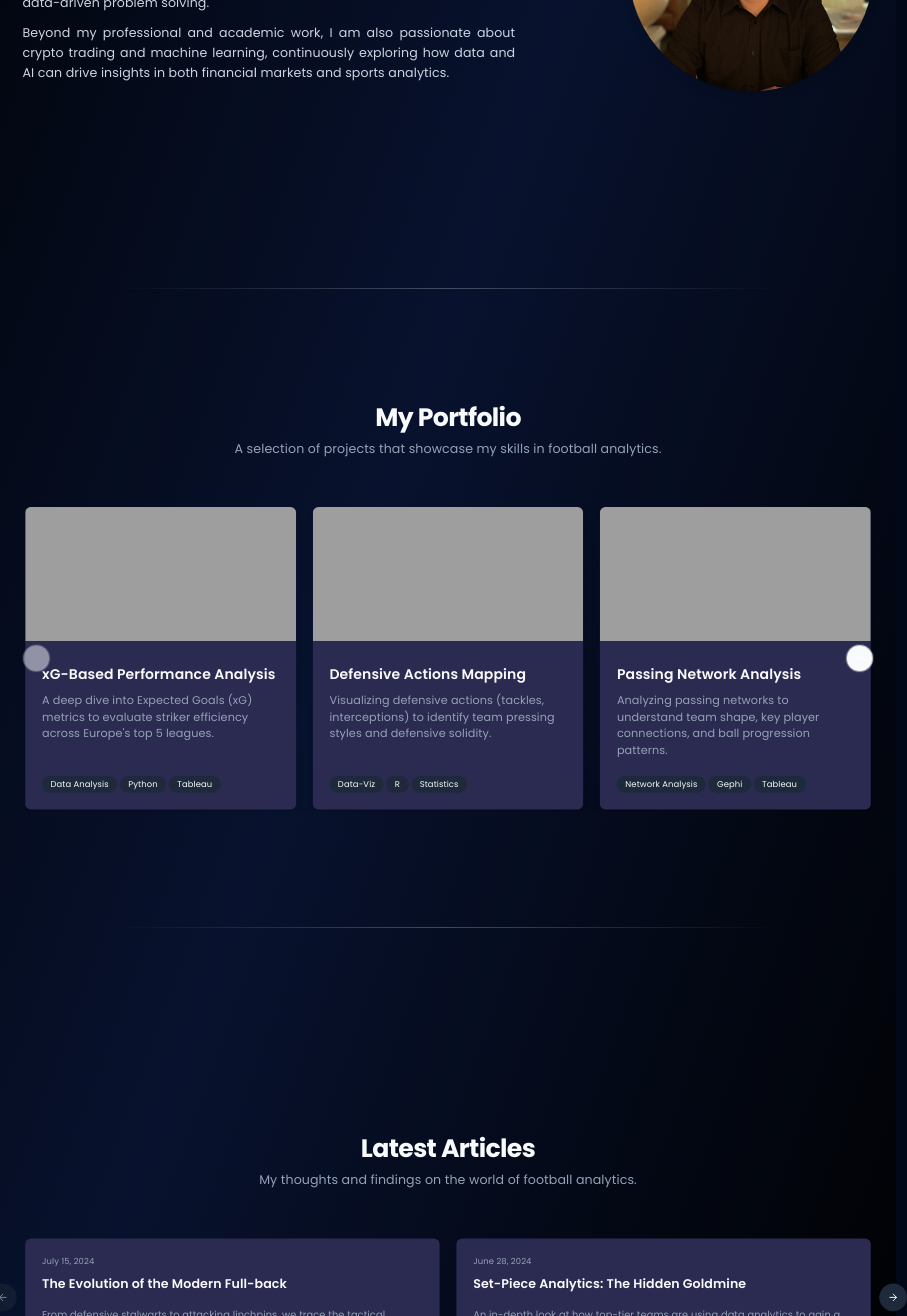
Repository: patrick-cw/my-portfolio
Page: /
An editor plug-in stored every save of this project. The page is shown before and after the next save, followed by the edit.
The browser window is 1280 px wide. The page is 1296 px wide, so the pictures cover 1296 px, including what lies to the right of the window. The pictures show the part of the page from y = 1318 to 3198 px (the page is 3545 px tall), at 70% of full size.
Pictures or frames that could not be fetched are drawn as grey boxes. The project was rebuilt for these pictures with package versions that can differ from the ones it lists, and the page was loaded fresh each time. The framework's server and built-in components were replaced by stand-ins that run in the browser. Also part of the build but not shown: next.config.ts.

Above is the page before, as saved 2025-08-31 03:20:40.

### src/app/layout.tsx
import type {Metadata} from 'next';
import './globals.css';
import { Toaster } from "@/components/ui/toaster";
import { cn } from '@/lib/utils';
import Particles from '@/components/particles';
import Header from '@/components/header';
import Footer from '@/components/footer';
import ThemeRegistry from '@/components/ThemeRegistry';

export const metadata: Metadata = {
  title: "Patrick's Portfolio",
  description: 'A portfolio showcasing football analytics projects, articles, and more.',
};

export default function RootLayout({
  children,
}: Readonly<{
  children: React.ReactNode;
}>) {
  return (
    <html lang="en" className="dark" style={{scrollBehavior: 'smooth'}}>
      <head>
        <link rel="preconnect" href="https://fonts.googleapis.com" />
        <link rel="preconnect" href="https://fonts.gstatic.com" crossOrigin="anonymous" />
        <link href="https://fonts.googleapis.com/css2?family=Poppins:wght@400;600;700&display=swap" rel="stylesheet" />
      </head>
      <body className={cn("min-h-screen font-body antialiased bg-background")}>
        <ThemeRegistry>
          <div className="relative z-0 flex min-h-screen flex-col bg-gradient-to-br from-black via-blue-900/20 to-black">
            <Particles />
            <Header />
            <main className="flex-1">{children}</main>
            <Footer />
          </div>
          <Toaster />
        </ThemeRegistry>
      </body>
    </html>
  );
}

### src/app/page.tsx
import { Button } from "@/components/ui/button";
import { User, LineChart, Newspaper, ArrowDown } from "lucide-react";
import LinkedInIcon from '@mui/icons-material/LinkedIn';
import XIcon from '@mui/icons-material/X';
import GitHubIcon from '@mui/icons-material/GitHub';
import Image from "next/image";
import Link from "next/link";
import { Carousel, CarouselContent, CarouselItem, CarouselNext, CarouselPrevious } from "@/components/ui/carousel";

function FadingSeparator() {
  return (
    <div className="relative my-24 h-px w-full bg-transparent">
      <div className="absolute left-1/2 top-0 h-px w-3/4 -translate-x-1/2 bg-gradient-to-r from-transparent via-white opacity-25 to-transparent" />
    </div>
  )
}

// About Section Component
function AboutSection() {
  return (
    <section id="about" className="relative min-h-screen flex flex-col justify-center">
      <div className="container">
      <div className="grid grid-cols-1 items-center gap-y-16 lg:grid-cols-2 lg:gap-x-2">
          <div className="lg:col-span-7">
            <div className="max-w-xl">
              <h2 className="text-3xl font-bold tracking-tight text-foreground sm:text-4xl font-headline">About Me</h2>
              <p style={{color: "hsl(215deg 26.4% 84.39%)"}} className="mt-4 text-lg text-muted-foreground text-justify">
                I am Patrick Cipta Winata, a Data Engineer and Analyst with experience in building scalable data pipelines, developing Python solutions, and creating interactive data visualizations. I have worked on projects ranging from football analytics to cloud-based data engineering, with professional experience at Samsung Research Indonesia and freelance collaborations in data-driven problem solving.
              </p>
              <p style={{color: "hsl(215deg 26.4% 84.39%)"}} className="mt-4 text-lg text-muted-foreground text-justify">
                Beyond my professional and academic work, I am also passionate about crypto trading and machine learning, continuously exploring how data and AI can drive insights in both financial markets and sports analytics.
              </p>
            </div>
          </div>
          <div className="flex justify-center lg:col-span-5 lg:col-start-8">
            <Image
              src="/images/face.JPG"
              alt="Patrick Cipta Winata"
              width={350}
              height={350}
              className="rounded-full object-cover shadow-lg transition-all duration-300 hover:scale-105 hover:shadow-primary/20"
              data-ai-hint="portrait man"
            />
          </div>
        </div>
      </div>
    </section>
  );
}

// Portfolio Section Component
function PortfolioSection() {
  const projects = [
    {
      title: "xG-Based Performance Analysis",
      description: "A deep dive into Expected Goals (xG) metrics to evaluate striker efficiency across Europe's top 5 leagues.",
      image: "https://picsum.photos/600/400?random=1",
      tags: ["Data Analysis", "Python", "Tableau"],
      link: "/portfolio/xg-based-performance-analysis",
      imageHint: "soccer chart"
    },
    {
      title: "Defensive Actions Mapping",
      description: "Visualizing defensive actions (tackles, interceptions) to identify team pressing styles and defensive solidity.",
      image: "https://picsum.photos/600/400?random=2",
      tags: ["Data-Viz", "R", "Statistics"],
      link: "/portfolio/defensive-actions-mapping",
      imageHint: "soccer field"
    },
    {
      title: "Passing Network Analysis",
      description: "Analyzing passing networks to understand team shape, key player connections, and ball progression patterns.",
      image: "https://picsum.photos/600/400?random=3",
      tags: ["Network Analysis", "Gephi", "Tableau"],
      link: "/portfolio/passing-network-analysis",
      imageHint: "soccer tactics"
    },
    {
      title: "Player Recruitment Model",
      description: "A data-driven model to identify undervalued players based on performance metrics and market values.",
      image: "https://picsum.photos/600/400?random=4",
      tags: ["Machine Learning", "Python", "Scouting"],
      link: "/portfolio/player-recruitment-model",
      imageHint: "soccer player celebrating"
    },
    {
      title: "Interactive Shot Map Dashboard",
      description: "A web-based dashboard allowing users to explore shot data from various competitions interactively.",
      image: "https://picsum.photos/600/400?random=5",
      tags: ["Web Dev", "React", "D3.js"],
      link: "/portfolio/interactive-shot-map-dashboard",
      imageHint: "soccer dashboard"
    },
    {
      title: "Tactical Formations Analysis",
      description: "A comprehensive study of the 4-3-3 vs 4-4-2 formations, showcasing strengths and weaknesses with data visualization.",
      image: "https://picsum.photos/600/400?random=6",
      tags: ["Tactics", "Data-Viz", "Analysis"],
      link: "/portfolio/tactical-formations-analysis",
      imageHint: "soccer strategy board"
    }
  ];

  return (
    <section id="portfolio" className="relative min-h-screen flex flex-col justify-center">
        <div className="container">
          <div className="mx-auto max-w-3xl text-center">
            <h2 className="text-3xl font-bold tracking-tight text-foreground sm:text-4xl font-headline">My Portfolio</h2>
            <p className="mt-2 text-lg leading-8 text-muted-foreground">
              A selection of projects that showcase my skills in football analytics.
            </p>
          </div>
          <div className="mt-16">
            <Carousel
              opts={{
                align: "start",
                loop: false,
              }}
              className="w-full"
            >
              <CarouselContent>
                {projects.map((project) => (
                  <CarouselItem key={project.title} className="md:basis-1/2 lg:basis-1/3">
                    <div className="p-1 h-full">
                       <div className="group flex flex-col h-full overflow-hidden rounded-lg bg-card-highlight shadow-lg transition-all duration-300 hover:shadow-primary/20 hover:-translate-y-2 hover:bg-accent">
                          <Link href={project.link} className="block shrink-0">
                            <Image
                              className="h-48 w-full object-cover"
                              src={project.image}
                              alt={project.title}
                              width={600}
                              height={400}
                              data-ai-hint={project.imageHint}
                            />
                          </Link>
                          <div className="flex flex-1 flex-col justify-between p-6">
                            <div className="flex-1">
                              <Link href={project.link} className="mt-2 block">
                                <p className="text-xl font-semibold text-foreground group-hover:text-primary transition-colors font-headline">{project.title}</p>
                                <p className="mt-3 text-base text-muted-foreground">{project.description}</p>
                              </Link>
                            </div>
                            <div className="mt-6 flex items-center">
                              <div className="flex space-x-1 text-sm text-muted-foreground">
                                {project.tags.map((tag) => (
                                  <span key={tag} className="inline-flex items-center rounded-full bg-secondary px-3 py-1 text-xs font-medium text-secondary-foreground">
                                    {tag}
                                  </span>
                                ))}
                              </div>
                            </div>
                          </div>
                        </div>
                    </div>
                  </CarouselItem>
                ))}
              </CarouselContent>
              <CarouselPrevious className="ml-12 h-10 w-10 bg-foreground hover:bg-primary" />
              <CarouselNext className="mr-12 h-10 w-10 bg-foreground hover:bg-primary"/>
            </Carousel>
          </div>
        </div>
    </section>
  );
}
// Articles Section Component
function ArticlesSection() {
  const articles = [
      {
        title: "The Evolution of the Modern Full-back",
        date: "July 15, 2024",
        excerpt: "From defensive stalwarts to attacking linchpins, we trace the tactical evolution of the full-back role in the modern game.",
        link: "/articles/evolution-of-the-modern-full-back",
      },
      {
        title: "Set-Piece Analytics: The Hidden Goldmine",
        date: "June 28, 2024",
        excerpt: "An in-depth look at how top-tier teams are using data analytics to gain a significant edge from corners and free-kicks.",
        link: "/articles/set-piece-analytics",
      },
      {
        title: "The Rise of Positional Play",
        date: "May 12, 2024",
        excerpt: "How philosophies popularised by Guardiola and Cruyff have come to dominate European football tactics.",
        link: "/articles/rise-of-positional-play",
      },
      {
        title: "Valuing Defensive Actions",
        date: "April 22, 2024",
        excerpt: "A new model for quantifying the impact of tackles, interceptions, and pressures beyond simple event counting.",
        link: "/articles/valuing-defensive-actions",
      },
      {
        title: "The Impact of High Pressing",
        date: "August 05, 2024",
        excerpt: "Exploring the data behind high-pressing strategies and their correlation with winning major trophies in modern football.",
        link: "/articles/impact-of-high-pressing",
      },
    ];

  return (
      <section id="articles" className="relative min-h-screen flex flex-col justify-center">
          <div className="container">
            <div className="mx-auto max-w-3xl text-center">
              <h2 className="text-3xl font-bold tracking-tight text-foreground sm:text-4xl font-headline">Latest Articles</h2>
              <p className="mt-2 text-lg leading-8 text-muted-foreground">
                My thoughts and findings on the world of football analytics.
              </p>
            </div>
            <div className="mt-16">
               <Carousel
                  opts={{
                    align: "start",
                    loop: false,
                  }}
                  className="w-full max-w-4xl mx-auto"
                >
                <CarouselContent>
                  {articles.map((article) => (
                    <CarouselItem key={article.title} className="md:basis-1/2">
                      <div className="p-1 h-full">
                        <article className="group flex h-full max-w-xl flex-col items-start justify-between rounded-lg bg-card-highlight p-6 transition-all duration-300 hover:bg-accent hover:-translate-y-2">
                          <div className="flex items-center gap-x-4 text-xs">
                            <time dateTime={article.date} className="text-muted-foreground">
                              {article.date}
                            </time>
                          </div>
                          <div className="group relative">
                            <h3 className="mt-3 text-lg font-semibold leading-6 text-foreground group-hover:text-primary transition-colors font-headline">
                              <Link href={article.link}>
                                <span className="absolute inset-0" />
                                {article.title}
                              </Link>
                            </h3>
                            <p className="mt-5 line-clamp-3 text-sm leading-6 text-muted-foreground">{article.excerpt}</p>
                          </div>
                        </article>
                      </div>
                    </CarouselItem>
                  ))}
                </CarouselContent>
                 <CarouselPrevious className="-left-12 h-10 w-10 bg-accent hover:bg-primary" />
                 <CarouselNext className="-right-12 h-10 w-10 bg-accent hover:bg-primary" />
              </Carousel>
            </div>
          </div>
      </section>
  );
}

export default function Home() {
  return (
    <>
      {/* Hero Section */}
      <section className="container flex min-h-[calc(100vh-3.5rem)] flex-col items-center justify-center text-center">
        <div className="flex-grow flex flex-col items-center justify-center">
          <h1 className="font-headline text-4xl font-bold tracking-tight text-foreground sm:text-6xl md:text-7xl">
          Patrick's Portfolio
          </h1>
          <p className="mt-6 text-lg leading-8 text-muted-foreground max-w-xl mx-auto">
          Welcome to the portfolio of Patrick Cipta Winata. Exploring the World Through Data, Machine Learning, and Analytics.
          </p>
          <div className="mt-10 flex flex-col items-center justify-center gap-y-6">
            <div className="flex items-center justify-center gap-x-4 flex-wrap gap-y-4">
               <Button variant="default" asChild>
                <Link href="/#about">
                  About Me <User className="ml-2 h-4 w-4" />
                </Link>
              </Button>
              <Button variant="default" asChild>
                <Link href="/#portfolio">
                  View Projects <LineChart className="ml-2 h-4 w-4" />
                </Link>
              </Button>
              <Button variant="default" asChild>
                <Link href="/#articles">
                  Read Articles <Newspaper className="ml-2 h-4 w-4" />
                </Link>
              </Button>
            </div>
            <div className="flex items-center gap-4 mt-8">
              <Link href="https://twitter.com" target="_blank" rel="noopener noreferrer" aria-label="Twitter">
                <XIcon className="h-6 w-6 text-muted-foreground transition-colors hover:text-foreground" />
              </Link>
              <Link href="https://linkedin.com" target="_blank" rel="noopener noreferrer" aria-label="LinkedIn">
                <LinkedInIcon className="h-6 w-6 text-muted-foreground transition-colors hover:text-foreground" />
              </Link>
              <Link href="https://github.com" target="_blank" rel="noopener noreferrer" aria-label="GitHub">
                <GitHubIcon className="h-6 w-6 text-muted-foreground transition-colors hover:text-foreground" />
              </Link>
            </div>
          </div>
        </div>
        <div className="absolute bottom-4 left-1/2 -translate-x-1/2 animate-bounce">
          <a href="#about" aria-label="Scroll to about section">
            <ArrowDown className="h-6 w-6 text-muted-foreground" />
          </a>
        </div>
      </section>
      <FadingSeparator />
      <AboutSection />
      <FadingSeparator />
      <PortfolioSection />
      <FadingSeparator />
      <ArticlesSection />
    </>
  );
}

### src/components/ui/toaster.tsx
"use client"

import { useToast } from "@/hooks/use-toast"
import {
  Toast,
  ToastClose,
  ToastDescription,
  ToastProvider,
  ToastTitle,
  ToastViewport,
} from "@/components/ui/toast"

export function Toaster() {
  const { toasts } = useToast()

  return (
    <ToastProvider>
      {toasts.map(function ({ id, title, description, action, ...props }) {
        return (
          <Toast key={id} {...props}>
            <div className="grid gap-1">
              {title && <ToastTitle>{title}</ToastTitle>}
              {description && (
                <ToastDescription>{description}</ToastDescription>
              )}
            </div>
            {action}
            <ToastClose />
          </Toast>
        )
      })}
      <ToastViewport />
    </ToastProvider>
  )
}

### src/components/header.tsx
import Link from "next/link";
import { Aperture, Footprints } from "lucide-react";

export default function Header() {
  return (
    <header className="sticky top-0 z-50 w-full border-b border-border/40 bg-background/95 backdrop-blur supports-[backdrop-filter]:bg-background/60">
      <div className="container flex h-14 max-w-screen-2xl items-center">
        <Link href="/#home" className="mr-6 flex items-center space-x-2">
          <Aperture className="h-6 w-6 text-primary" style={{filter: 'drop-shadow(0 0 4px hsl(var(--primary)))'}}/>
          <span className="font-bold sm:inline-block font-headline">Patrick's Portfolio</span>
        </Link>
        <nav className="flex items-center gap-4 text-sm lg:gap-6">
          <Link href="/#about" className="text-foreground/60 transition-colors hover:text-foreground/80">
            About
          </Link>
          <Link href="/#portfolio" className="text-foreground/60 transition-colors hover:text-foreground/80">
            Portfolio
          </Link>
          <Link href="/#articles" className="text-foreground/60 transition-colors hover:text-foreground/80">
            Articles
          </Link>
        </nav>
      </div>
    </header>
  );
}

### src/components/footer.tsx
export default function Footer() {
    return (
      <footer className="border-t border-border/40 py-6 md:py-8">
        <div className="container flex flex-col items-center justify-between gap-4 md:flex-row">
          <p className="text-sm text-muted-foreground">
            © {new Date().getFullYear()} Patrick Cipta Winata. All rights reserved.
          </p>
        </div>
      </footer>
    );
  }

### src/components/ThemeRegistry.tsx
'use client';
import createCache from '@emotion/cache';
import { useServerInsertedHTML } from 'next/navigation';
import { CacheProvider } from '@emotion/react';
import { ThemeProvider } from '@mui/material/styles';
import CssBaseline from '@mui/material/CssBaseline';
import { createTheme } from '@mui/material/styles';
import React from 'react';

const theme = createTheme({
  palette: {
    mode: 'dark',
  },
});

// This implementation is from emotion-js
// https://github.com/emotion-js/emotion/issues/2928#issuecomment-1319747902
export default function ThemeRegistry(props: { children: React.ReactNode }) {
  const { children } = props;

  const [{ cache, flush }] = React.useState(() => {
    const cache = createCache({ key: 'mui-style' });
    cache.compat = true;
    const prevInsert = cache.insert;
    let inserted: string[] = [];
    cache.insert = (...args) => {
      const serialized = args[1];
      if (cache.inserted[serialized.name] === undefined) {
        inserted.push(serialized.name);
      }
      return prevInsert(...args);
    };
    const flush = () => {
      const prevInserted = inserted;
      inserted = [];
      return prevInserted;
    };
    return { cache, flush };
  });

  useServerInsertedHTML(() => {
    const names = flush();
    if (names.length === 0) {
      return null;
    }
    let styles = '';
    for (const name of names) {
      styles += cache.inserted[name];
    }
    return (
      <style
        key={cache.key}
        data-emotion={`${cache.key} ${names.join(' ')}`}
        dangerouslySetInnerHTML={{
          __html: styles,
        }}
      />
    );
  });

  return (
    <CacheProvider value={cache}>
      <ThemeProvider theme={theme}>
        <CssBaseline />
        {children}
      </ThemeProvider>
    </CacheProvider>
  );
}

Loaded but not shown: src/lib/utils.ts (common file); src/hooks/use-toast.ts (common file); src/components/ui/carousel.tsx (262 lines, source omitted); src/components/ui/toast.tsx (129 lines, source omitted); src/components/particles.tsx (147 lines, source omitted); tailwind.config.ts (110 lines, source omitted); src/app/globals.css (86 lines, source omitted); src/components/ui/button.tsx (56 lines, source omitted)

After the next save:
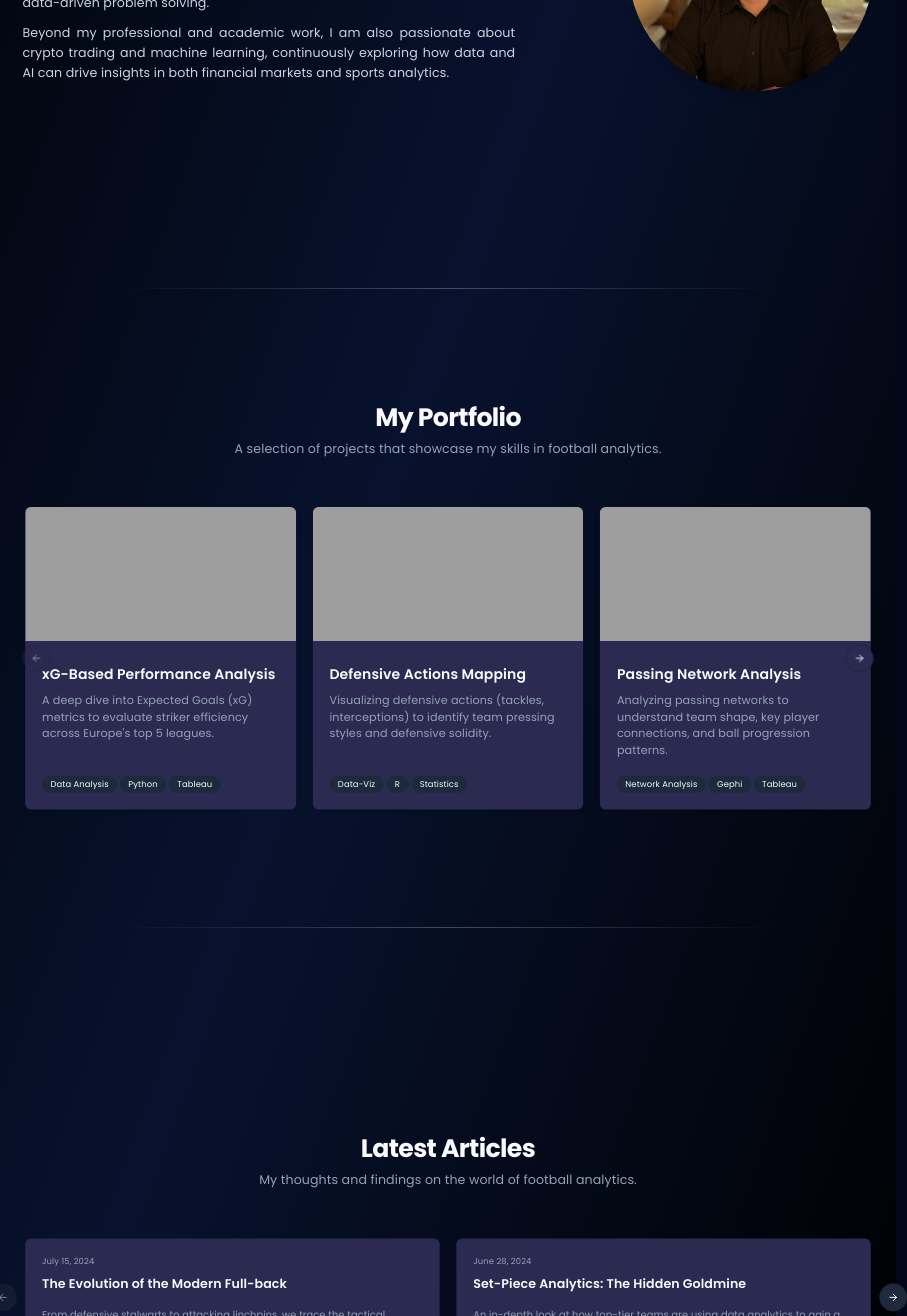
Saved 36 s later.
--- a/src/app/page.tsx
+++ b/src/app/page.tsx
@@ -155,8 +155,8 @@ function PortfolioSection() {
                   </CarouselItem>
                 ))}
               </CarouselContent>
-              <CarouselPrevious className="ml-12 h-10 w-10 bg-foreground hover:bg-primary" />
-              <CarouselNext className="mr-12 h-10 w-10 bg-foreground hover:bg-primary"/>
+              <CarouselPrevious className="ml-12 h-10 w-10 bg-card-highlight hover:bg-primary" />
+              <CarouselNext className="mr-12 h-10 w-10 bg-card-highlight hover:bg-primary"/>
             </Carousel>
           </div>
         </div>
